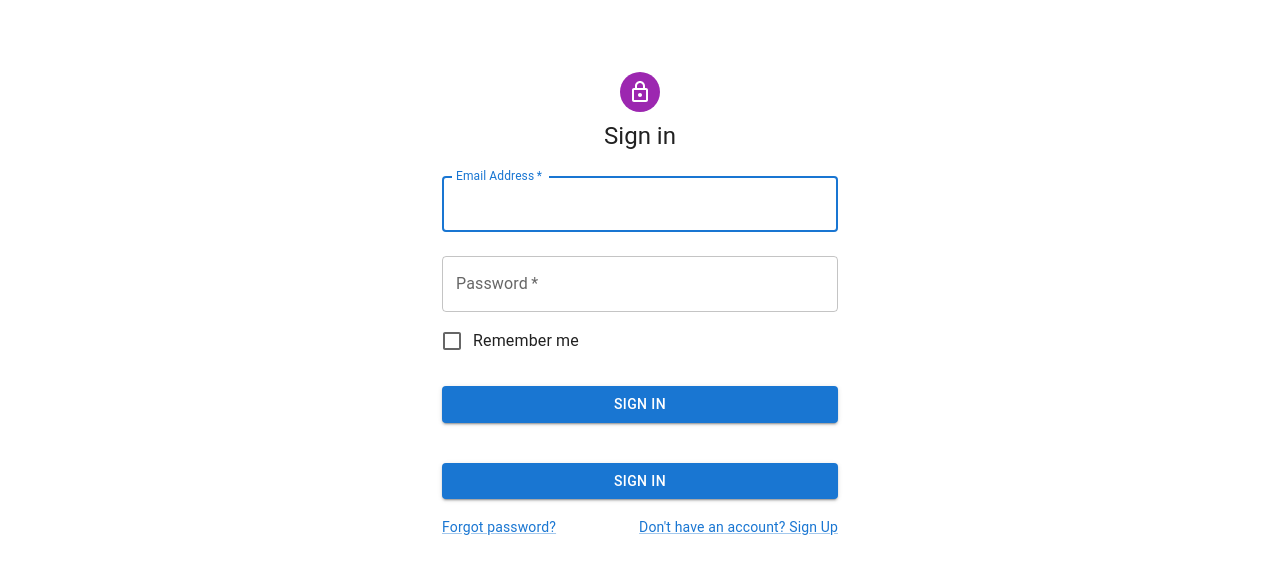
Repository: background-position/midway-react
Page: /about
The author's editor kept a copy of each file at every save. The page is drawn from the files as they stood at one save, then again after the next save.
The browser window is 1280 px wide. The pictures show the whole page.
The project was rebuilt for these pictures with package versions that can differ from the ones it lists, and the page was loaded fresh each time. Also part of the build but not shown: vite.config.ts, src/apis/lambda/index.ts, src/pages/index.tsx.

Above is the page before, as saved 2021-12-30 17:40:45.

After the next save:
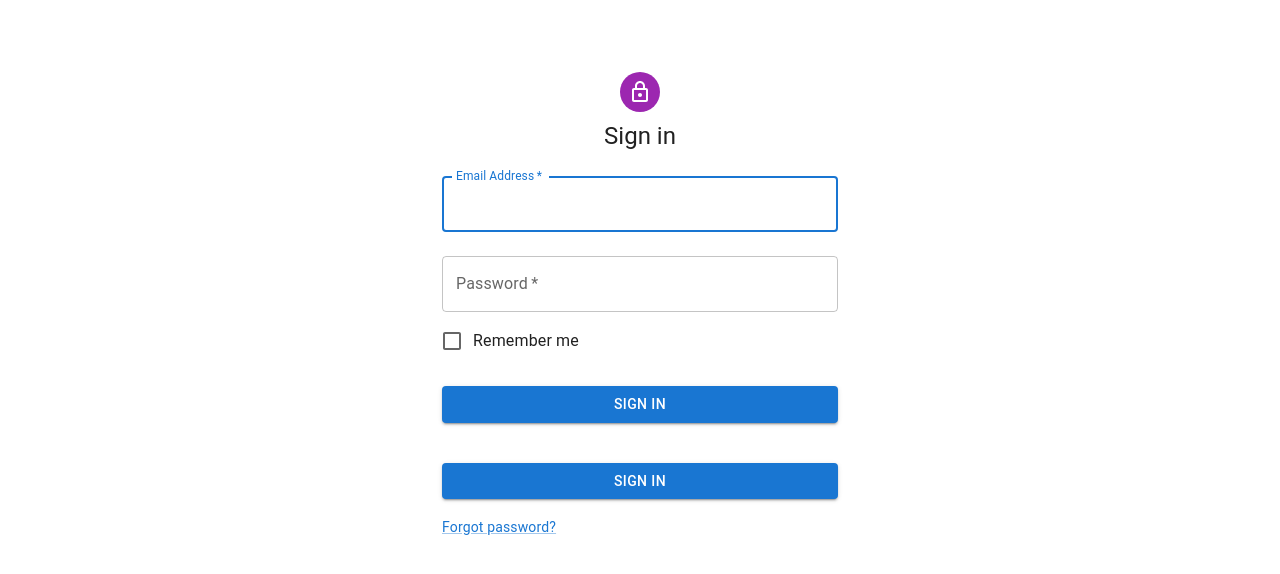
Saved 5 s later.
--- a/src/pages/about.tsx
+++ b/src/pages/about.tsx
@@ -116,11 +116,6 @@ export default function SignIn() {
                                     Forgot password?
                                 </Link>
                             </Grid>
-                            <Grid item>
-                                <Link href="#" variant="body2">
-                                    {"Don't have an account? Sign Up"}
-                                </Link>
-                            </Grid>
                         </Grid>
                     </Box>
                 </Box>
